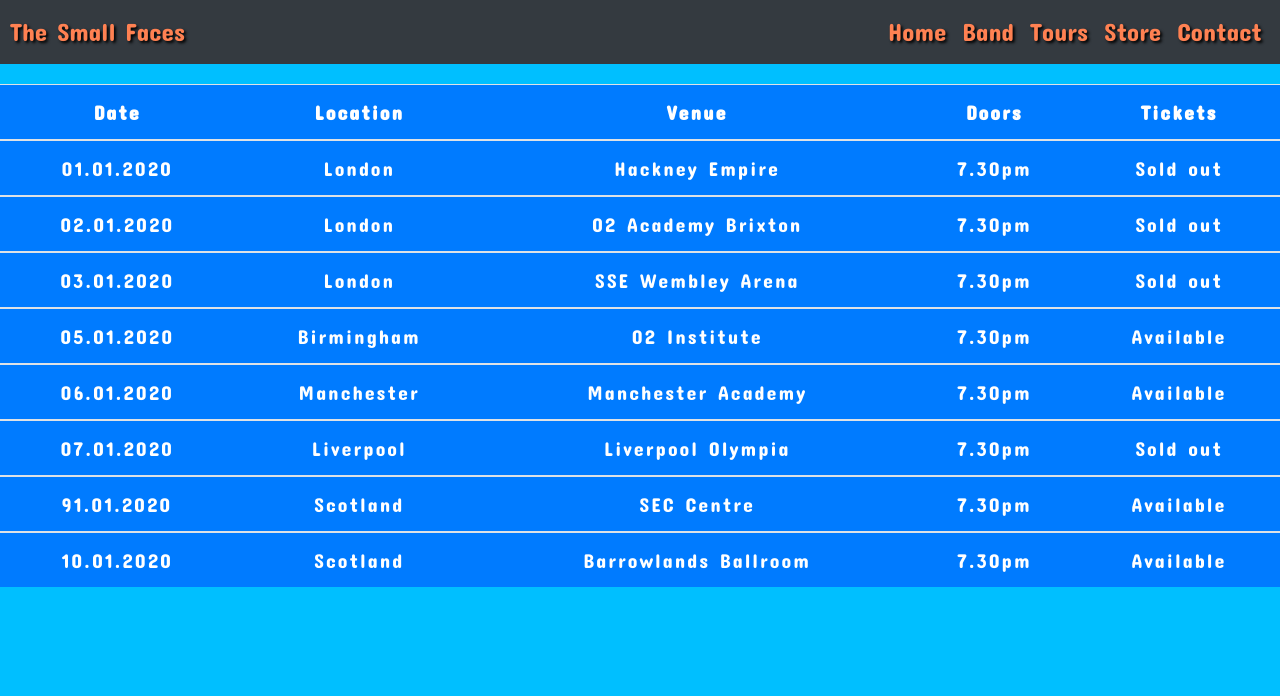
Repository: akshatnitd/User-Centric-FrontEnd-Milestone-Project
Page: tour.html
The author's editor kept a record of every edit. The page is drawn from the files as they stood at one moment, then again after the next edit.
The browser window is 1280 px wide. The pictures show the whole page.
Some web libraries are served in a nearby version.

Above is the page before.

### tour.html
<!DOCTYPE html>
<html lang="en">
<head>
    <meta charset="UTF-8">
    <meta name="viewport" content="width=device-width, initial-scale=1, shrink-to-fit=no">
    <meta http-equiv="X-UA-Compatible" content="ie=edge">
    <link href="https://fonts.googleapis.com/css?family=Abril+Fatface" rel="stylesheet">
	<link href="https://fonts.googleapis.com/css?family=Roboto" rel="stylesheet">
	<link href="https://fonts.googleapis.com/css?family=Concert+One&display=swap" rel="stylesheet">
	<link href="https://fonts.googleapis.com/css?family=Fjalla+One&display=swap" rel="stylesheet">
	<link rel="stylesheet" href="https://use.fontawesome.com/releases/v5.12.1/css/all.css">
	<link rel="stylesheet" href="https://stackpath.bootstrapcdn.com/bootstrap/4.4.1/css/bootstrap.min.css" integrity="sha384-Vkoo8x4CGsO3+Hhxv8T/Q5PaXtkKtu6ug5TOeNV6gBiFeWPGFN9MuhOf23Q9Ifjh" crossorigin="anonymous">
	<link href="assets/css/style.css" rel="stylesheet" type="text/css">
    <title>Tours</title>
</head>
<body>
  <header>
      <nav class="navbar navbar-expand-sm navbar-dark bg-dark">
  <a class="navbar-brand" href="index.html">The Small Faces</a>
  <button class="navbar-toggler ml-auto custom-toggler" type="button" data-toggle="collapse" data-target="#navbarNav" aria-controls="navbarNav" aria-expanded="false" aria-label="Toggle navigation">
    <i class="fas fa-bars"></i>
  </button>
  <div class="collapse navbar-collapse" id="navbarNav">
    <ul class="nav navbar-nav ml-auto">
      <li class="nav-item">
        <a class="nav-link" href="index.html">Home</a>
      </li>
      <li class="nav-item">
        <a class="nav-link" href="band.html">Band</a>
      </li>
      <li class="nav-item">
        <a class="nav-link" href="tour.html">Tours</a>
      </li>
      <li class="nav-item">
        <a class="nav-link" href="store.html">Store</a>
      </li>
      <li class="nav-item">
        <a class="nav-link" href="contact.html">Contact</a>
      </li>
    </ul>
    </header>
    <section>
      <div class="table-responsive">
        <table class="table bg-primary table-hover table-header">
          <thead>
            <tr>
              <th scope="col">Date</th>
              <th scope="col">Location</th>
              <th scope="col">Venue</th>
              <th scope="col">Doors</th>
              <th scope="col">Tickets</th>
            </tr>
          </thead>
          <tbody>
            <td>01.01.2020</td>
            <td>London</td>
            <td>Hackney Empire</td>
            <td>7.30pm</td>
            <td>Sold out</td>

          </tbody>
          <tbody>
            <td>02.01.2020</td>
            <td>London</td>
            <td>02 Academy Brixton</td>
            <td>7.30pm</td>
            <td>Sold out</td>
          </tbody>
          <tbody>
            <td>03.01.2020</td>
            <td>London</td>
            <td>SSE Wembley Arena</td>
            <td>7.30pm</td>
            <td>Sold out</td>
          </tbody>
          <tbody>
            <td>05.01.2020</td>
            <td>Birmingham</td>
            <td>02 Institute</td>
            <td>7.30pm</td>
            <td>Available</td>
          </tbody>
          <tbody>
            <td>06.01.2020</td>
            <td>Manchester</td>
            <td>Manchester Academy</td>
            <td>7.30pm</td>
            <td>Available</td>
          </tbody>
          <tbody>
            <td>07.01.2020</td>
            <td>Liverpool</td>
            <td>Liverpool Olympia</td>
            <td>7.30pm</td>
            <td>Sold out</td>
          </tbody>
          <tbody>
            <td>91.01.2020</td>
            <td>Scotland</td>
            <td>SEC Centre</td>
            <td>7.30pm</td>
            <td>Available</td>
          </tbody>
          <tbody>
            <td>10.01.2020</td>
            <td>Scotland</td>
            <td>Barrowlands Ballroom</td>
            <td>7.30pm</td>
            <td>Available</td>
          </tbody>

        </table>
      </div>
      <div class="mobile-tour">
        <div class="col-sm-3">
        	<div class="row">
        		<div class="column">
        			<h3>Date</h3>
        			<p>01.01.2020</p>
        			<h3>Location</h3>
        			<p>London</p>
        			<h3>Venue</h3>
        			<p>Hackney Empire</p>
        			<h3>Doors</h3>
        			<p>7.30pm</p>
        			<h3>Tickets</h3>
        			<p>Sold Out</p>
 					</div>

				<div class="column">
        			<h3>Date</h3>
        			<p>02.01.2020</p>
        			<h3>Location</h3>
        			<p>London</p>
        			<h3>Venue</h3>
        			<p>O2 Academy Brixton</p>
        			<h3>Doors</h3>
        			<p>7.30pm</p>
        			<h3>Tickets</h3>
        			<p>Sold Out</p>
				</div>

				<div class="column">
        			<h3>Date</h3>
        			<p>03.01.2020</p>
        			<h3>Location</h3>
        			<p>London</p>
        			<h3>Venue</h3>
        			<p>SSE Wenbley Arena</p>
        			<h3>Doors</h3>
        			<p>7.30pm</p>
        			<h3>Tickets</h3>
        			<p>Sold Out</p>
				</div>

				<div class="column">
        			<h3>Date</h3>
        			<p>05.01.2020</p>
        			<h3>Location</h3>
        			<p>Birmingham</p>
        			<h3>Venue</h3>
        			<p>O2 Institute</p>
        			<h3>Doors</h3>
        			<p>7.30pm</p>
        			<h3>Tickets</h3>
        			<p>Available</p>
				</div>

		    <div class="column">
        			<h3>Date</h3>
        			<p>06.01.2020</p>
        			<h3>Location</h3>
        			<p>Manchester</p>
        			<h3>Venue</h3>
        			<p>Manchester Academy</p>
        			<h3>Doors</h3>
        			<p>7.30pm</p>
        			<h3>Tickets</h3>
        			<p>Available</p>
				</div>

				<div class="column">
        			<h3>Date</h3>
        			<p>07.01.2020</p>
        			<h3>Location</h3>
        			<p>Liverpool</p>
        			<h3>Venue</h3>
        			<p>Liverpool Olympia</p>
        			<h3>Doors</h3>
        			<p>7.30pm</p>
        			<h3>Tickets</h3>
        			<p>Sold Out</p>
				</div>

				<div class="column">
        			<h3>Date</h3>
        			<p>09.01.2020</p>
        			<h3>Location</h3>
        			<p>Scotland</p>
        			<h3>Venue</h3>
        			<p>SEC Centre</p>
        			<h3>Doors</h3>
        			<p>7.30pm</p>
        			<h3>Tickets</h3>
        			<p>Available</p>
				</div>

				<div class="column">
        			<h3>Date</h3>
        			<p>10.01.2020</p>
        			<h3>Location</h3>
        			<p>Scotland</p>
        			<h3>Venue</h3>
        			<p>Barrowlands Ballroom</p>
        			<h3>Doors</h3>
        			<p>7.30pm</p>
        			<h3>Tickets</h3>
        			<p>Available</p>
				</div>
			</div>
		</div>

   </section>
    <footer>


    </footer>
    <script src="https://code.jquery.com/jquery-3.3.1.slim.min.js" integrity="sha384-q8i/X+965DzO0rT7abK41JStQIAqVgRVzpbzo5smXKp4YfRvH+8abtTE1Pi6jizo" crossorigin="anonymous"></script>
    <script src="https://cdnjs.cloudflare.com/ajax/libs/popper.js/1.14.3/umd/popper.min.js" integrity="sha384-ZMP7rVo3mIykV+2+9J3UJ46jBk0WLaUAdn689aCwoqbBJiSnjAK/l8WvCWPIPm49" crossorigin="anonymous"></script>
    <script src="https://stackpath.bootstrapcdn.com/bootstrap/4.1.3/js/bootstrap.min.js" integrity="sha384-ChfqqxuZUCnJSK3+MXmPNIyE6ZbWh2IMqE241rYiqJxyMiZ6OW/JmZQ5stwEULTy" crossorigin="anonymous"></script>


</body>
</html>

### assets/css/style.css

/*............................................Heading*/
.navbar{
	padding: 10px 10px 10px 10px;
	height: 4rem;
	background-color: #ce828b;
	text-shadow:2px 2px 3px black;
}

.custom-toggler.navbar-toggler {
  border-color:  rgb(255,129,82);
  border-width: 2px;
  box-shadow:2px 2px 3px black;
  }

.navbar-dark .navbar-brand {
  font-family: 'Concert One', cursive;
	font-size: 25px;
	vertical-align: middle;
	color: rgb(255,129,82);
	text-shadow:2px 2px 3px black;
}

.navbar-dark .navbar-nav .nav-link {
  color: rgb(255,129,82);
  font-family: 'Concert One', cursive;
  font-size: 25px;
  z-index: 100;
}


.fa-bars{
	color: rgb(255,129,82);
	text-shadow:2px 2px 3px black;
}



/*............................................Home Page*/
.img-fluid{
  width: 100%;
  height: 93vh;
}

.img-responsive{
  display: block;
  width: 100%;
  height: 93vh;
}

.img-title{
	position: absolute;
	top: 60%;
	left: 50%;
	transform: translate(-50%, -50%);
	-moz-transform: translate(-50%, -50%);
	-webkit-transform: translate(-50%, -50%);
	-ms-transform: translate(-50%, -50%);
}

/*............................................Band Page*/

body {
	background-color: #00bfff;
}

h1 {
	text-align: center;
	font-family: 'Concert One', cursive;
	font-size: 25px;
}

h5 {
	text-align: center;
	font-family: 'Concert One', cursive;
}

.card-deck{
  margin-top: 12px;

	margin-left: 10px;
	margin-right: 10px;
}

.card-title{
	text-align: center;
}

.card-text {
	font-family: 'Concert One', cursive;
}

.card-text>p{
	text-align: justify;
}

/*............................................Tours*/

.table{
	margin-top: 20px;
	margin-bottom: 20px;
}

.table-header{
	text-align: center;
}

td, th {
	font-family: 'Concert One', cursive;
	font-size: 20px;
	color: white;
	letter-spacing: 2px;
}

/*............................................Store*/

/* Grid container */
#p-grid {
  margin-left: 5px;
  margin-right: 5px;
  display: grid;
  margin-top: 5px;
  margin-bottom: 6px;

/* Width of columns */
grid-template-columns: 25% 25% 25% 25%;
}

/* Product items */
div.p-grid-in {
  box-sizing: border-box;
  margin: 5px;
  padding: 10px;
  border: 1px solid #e8f0ff;
  border-radius: 5px;
  box-shadow:2px 2px 3px black;
  background: #0077f7;
  }

img.p-img {
  width: 100%;
  height: auto;
  border-radius: 5px;
  }

div.p-name {
  font-size: 18px;
  text-align: center;
  font-family: 'Concert One', cursive;
  margin-top: 2px;
  color: white;
  border-radius: 5px;
  text-shadow:2px 2px 3px black;
 }

div.p-price {
  color: white;
  text-align: center;
  font-size: 20px;
  text-align: center;
  font-family: 'Roboto', sans-serif;
  font-weight: 900;
  text-shadow:2px 2px 3px black;
  }

div.p-desc {
  color: #888;
  font-size: 0.9em;
  }
      button.p-add {
      	background: #f46b41;
        color: #fff;
        border: none;
        width: 100%;
        padding: 10px;
        font-size: 1.1em;
        cursor: pointer;
        border-radius: 5px;
      }

h6 {
	font-family: 'Roboto', sans-serif;
	color: white;
	font-size: 15px;
	margin-top: 5px;
	margin-bottom: 5px;
	text-align: center;
	text-shadow:2px 2px 3px black;

}

audio {
  width: 95%;
  box-shadow:2px 2px 3px black;
  border-radius: 100px;
  border-width: 25px;
  transform: scale(1.05);
  background-color: black;
  z-index: 100;
  margin-left: 7px;
 }



      /* Responsive */
      @media only screen and (max-width: 1024px) {
        #p-grid { grid-template-columns: 33% 33% 33%; }
      }
      @media only screen and (max-width: 600px) {
        #p-grid { grid-template-columns: 100%; }
      }


/*............................................Contact*/
:root {
  --white: #afafaf;
  --red: #e31b23;
  --borderFormEls: hsl(0, 0%, 10%);
  --bgFormEls: hsl(0, 0%, 14%);
  --bgFormElsFocus: hsla(272, 90%, 54%, 0.6);
}

* {
  padding: 0;
  margin: 0;
  box-sizing: border-box;
  outline: none;

}

a {
  color: inherit;
}

input,
select,
textarea,
button {
  font-family: inherit;
  font-size: 20px;
  font-family: 'Concert One', cursive;
}

button,
label {
  cursor: pointer;
}

select {
  appearance: none;
}

select::-ms-expand {
  display: none;
}

select:-moz-focusring {
  color: transparent !important;
  text-shadow: 0 0 0 var(--white);
}

textarea {
  resize: none;
}

ul {
  list-style: none;
}

.my-form select,
.my-form input,
.my-form textarea,
.my-form button {
  margin-top: 15px;
  width: 100%;
  line-height: 1.5;
  padding: 15px 10px;
  border: 1px solid var(--borderFormEls);
  border-color: #1A237E;
  border-radius: 5px;
  color: white;
  background: var(--bgFormEls);
  background-color: #2196f3;
  transition: background-color 0.3s cubic-bezier(0.57, 0.21, 0.69, 1.25),
  transform 0.3s cubic-bezier(0.57, 0.21, 0.69, 1.25);
  text-align: center;
  height: 20px;
}

.my-form textarea {
  height: 258px;
  text-align: center;
}

.my-form ::placeholder {
  color: inherit;
  opacity: 1;
}

.my-form select:focus,
.my-form input:focus,
.my-form textarea:focus,
.my-form button:focus {
  background: var(--bgFormElsFocus);
}

.my-form select:focus,
.my-form input:focus,
.my-form textarea:focus {
  transform: scale(1.02);
}

.my-form *:required,
.my-form select {
  background-repeat: no-repeat;
  background-position: center right 12px;
  background-size: 15px 15px;
}

.my-form .btn-grid {
  position: relative;
  overflow: hidden;
  transition: filter 0.2s;
}

.my-form button:enabled:hover,
.my-form button:focus {
  background: var(--bgFormElsFocus);
  background-color: red;
}

.my-form button > * {
  height: 20px;
  display: inline-block;
  width: 100%;
  transition: transform 0.4s ease-in-out;
  text-align: center;
}

.my-form button .back {
  position: absolute;
  left: 50%;
  top: 50%;
  transform: translate(-110%, -50%);
}

.my-form button:enabled:hover .back,
.my-form button:focus .back {
  transform: translate(-50%, -50%);

}

.my-form button:enabled:hover .front,
.my-form button:focus .front {
  transform: translateX(110%);

}

/*............................................Footer*/
.footer {
  height: 50px;
  text-align: center;
  font-size: 20px;
  font-family: 'Concert One', cursive;
  color: #ff8152;
  background-color: #ce828b;
  text-shadow:2px 2px 3px black;
  vertical-align: middle;
}


/*.............................................Media Queries*/

@media (min-width: 601px) {
.mobile {
	display: none;
	}

.img-fluid {
	display: block;
	max-width: 100vw;
	}

.mobile-tour{
	display: none;
	}
}

@media (max-width: 600px){
h3 {
	text-align: center;
	font-family: 'Concert One', cursive;
	font-size: 25px;
	font-weight: bold;
	color:white;
	letter-spacing: 2px;
}

p {
	text-align: center;
	font-family: 'Concert One', cursive;
	font-size: 22px;
	color:white;
	letter-spacing: 2px;
}

.mobile {
	display: block;
}

.mobile-tour{
	display: block;
}

.table-responsive {
	display: none;
}

.column {
	width: 100%;
	display: block;
	margin-bottom: 20px;
	text-align: center;
	background-color: #007bff;
}

.img-fluid {
	display: none;
}
.img-title {
	display: none;
}

.img-mobile {
	width: 100%;
	height: 90vh;
}

.navbar-brand{
	font-family: 'Concert One', cursive;
	font-size: 50px;
}

.navbar-dark .navbar-nav .nav-link {
	position: relative;
	font-size: 24px;
	z-index: 100;
	line-height: 20px;
}

.footer {
  color: black;
  width:100%;
  padding:0;
  clear:both;
  bottom:0;
  position: absolute;
}
}

After the next edit:
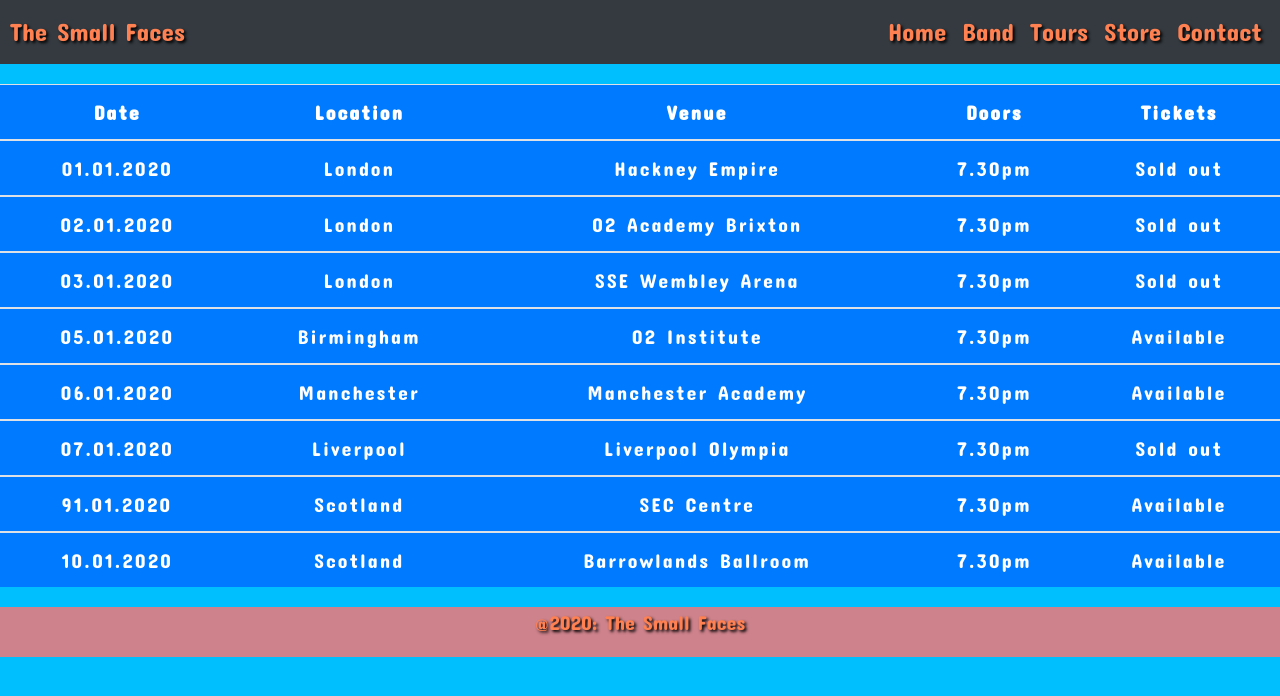
The edit:
--- a/tour.html
+++ b/tour.html
@@ -221,10 +221,9 @@
 		</div>
 
    </section>
-    <footer>
-
-
-    </footer>
+    <!-- Footer -->
+  <footer class="footer">@2020: The Small Faces</footer>
+  <!-- Footer -->
     <script src="https://code.jquery.com/jquery-3.3.1.slim.min.js" integrity="sha384-q8i/X+965DzO0rT7abK41JStQIAqVgRVzpbzo5smXKp4YfRvH+8abtTE1Pi6jizo" crossorigin="anonymous"></script>
     <script src="https://cdnjs.cloudflare.com/ajax/libs/popper.js/1.14.3/umd/popper.min.js" integrity="sha384-ZMP7rVo3mIykV+2+9J3UJ46jBk0WLaUAdn689aCwoqbBJiSnjAK/l8WvCWPIPm49" crossorigin="anonymous"></script>
     <script src="https://stackpath.bootstrapcdn.com/bootstrap/4.1.3/js/bootstrap.min.js" integrity="sha384-ChfqqxuZUCnJSK3+MXmPNIyE6ZbWh2IMqE241rYiqJxyMiZ6OW/JmZQ5stwEULTy" crossorigin="anonymous"></script>
